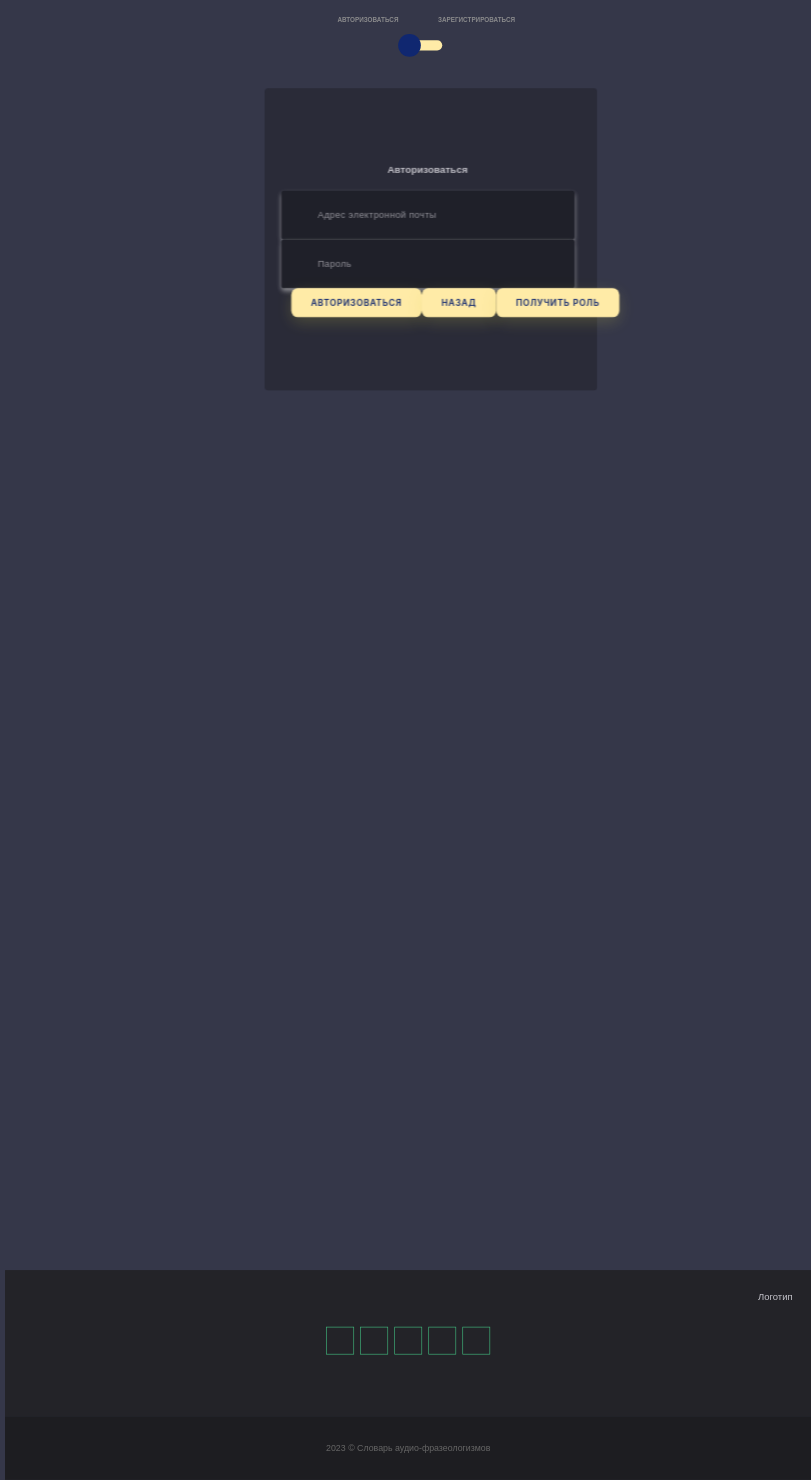
Repository: DoctorLivchic/is_audio_idioms_front
Page: /avtorizacia/Authorization
An editor plug-in stored every save of this project. The page is shown before and after the next save, followed by the edit.
The browser window is 1280 px wide. The page is 1288 px wide, so the pictures cover 1288 px, including what lies to the right of the window. The pictures show the whole page, at 63% of full size.
The project was rebuilt for these pictures with package versions that can differ from the ones it lists, and the page was loaded fresh each time. Also part of the build but not shown: src/CONST.js, src/main/Main.js, src/main_page/Main_page_aut.js, src/main_page/Main_page.js, src/main/Main_aut.js, src/Authorization_Other.js, src/Users_personal_account.js, src/Expert_personal_account.js and 4 more.

Above is the page before, as saved 2023-03-18 14:57:23.

After the next save:
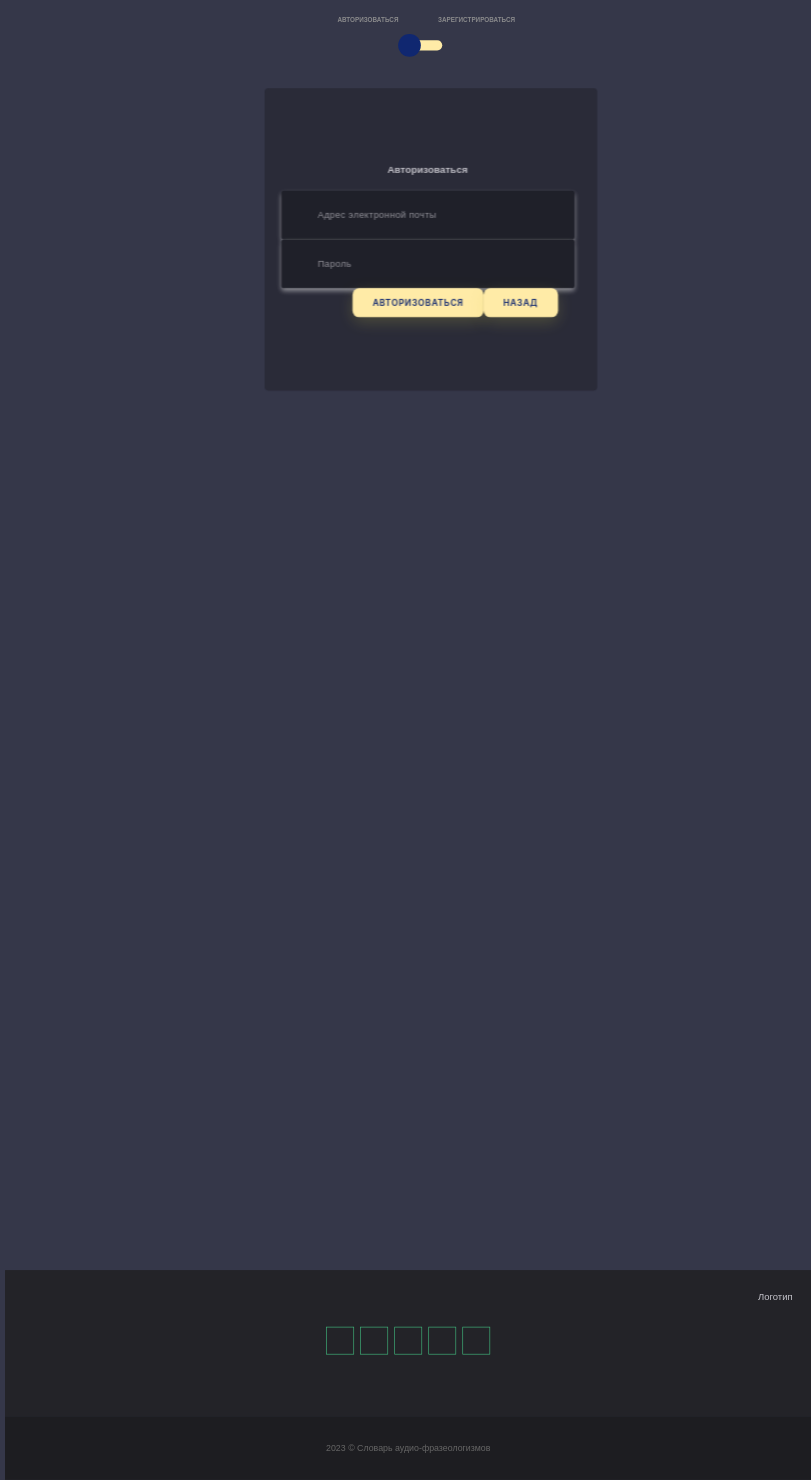
Saved 2 min 10 s later.
--- a/src/Authorization.js
+++ b/src/Authorization.js
@@ -107,6 +107,11 @@ export default function Authorization()  {
 
     const data  = (await user).data;
 
+    document.getElementById("logemailUp").value = "";
+    document.getElementById("logpassUp").value= "";
+    document.getElementById("logname").value= "";
+    document.getElementById("logpassAffirm").value= "";
+
     // const usr = data[data.length-1]; //получаем последнюю запись
   }
 
@@ -215,7 +220,7 @@ export default function Authorization()  {
                             <Form.Item>
                                 <Button onClick={() => {logIn()}} className='btn'>Авторизоваться</Button>
                                 <Button onClick={() => {navigate("/")}} className='btn'>Назад</Button>
-                                <Button onClick={() => {getRole()}} className='btn'>Получить роль</Button>
+                                {/*<Button onClick={() => {getRole()}} className='btn'>Получить роль</Button>*/}
                               </Form.Item>
                           </div>
                         </div>
